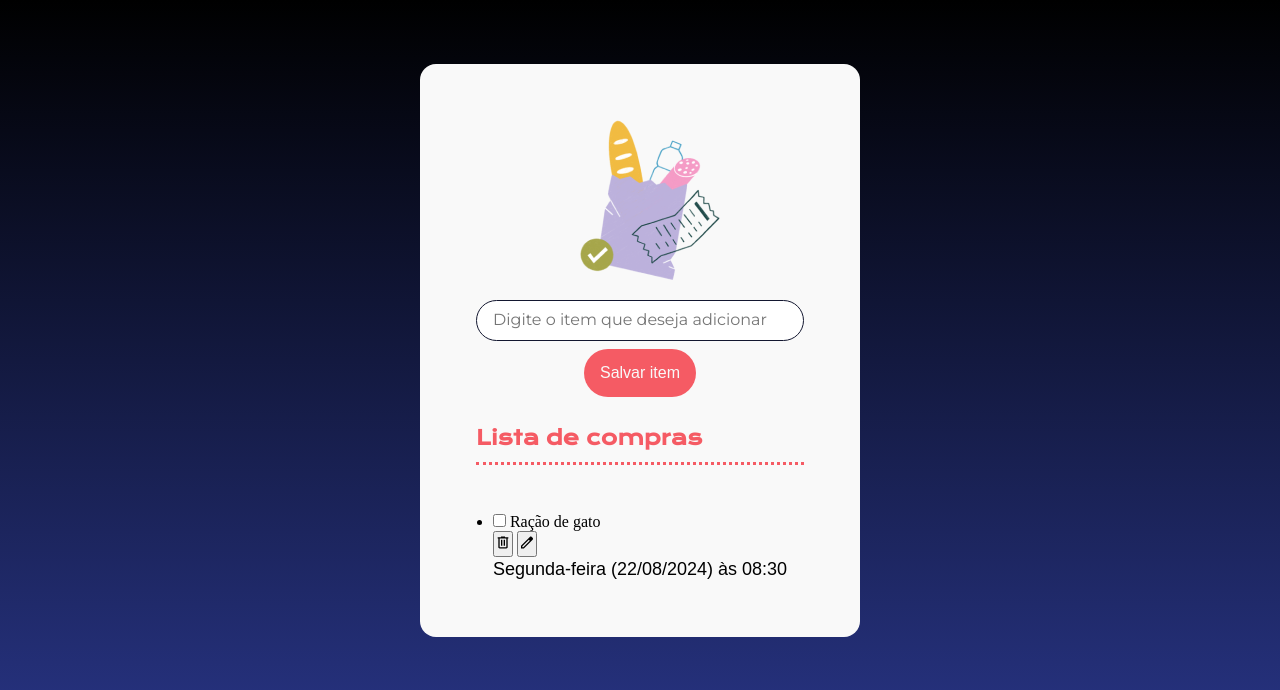
Repository: joaoPraiaJunior/compras_js
Page: index.html
An editor plug-in stored every save of this project. The page is shown before and after the next save, followed by the edit.
The browser window is 1280 px wide. The pictures show the whole page.
Some web fonts or font styles are not loaded; a fallback is used.

Above is the page before, as saved 2024-08-22 21:17:12.

### index.html
<!DOCTYPE html>
<html lang="pt-BR" dir="ltr">

<head>
    <meta charset="UTF-8">
    <meta name="viewport" content="width=device-width, initial-scale=1.0">
    <meta name="description" content="Lista de compras">
    <title>Lista de Compras</title>
    <link rel="preconnect" href="https://fonts.googleapis.com">
    <link rel="preconnect" href="https://fonts.gstatic.com" crossorigin>
    <link href="https://fonts.googleapis.com/css2?family=Krona+One&family=Montserrat&family=Numans&display=swap" rel="stylesheet">
    <link rel="stylesheet" href="./css/styles.css">
</head>

<body>
    <header>
        <img src="./img/bag.png" alt="sacola de compras">
    </header>
    <main>
        <form class="compras">
            <input class="compras__campo" type="text" name="compra" placeholder="Digite o item que deseja adicionar">
            <button class="compras__botao">Salvar item</button>
        </form>
        <h1>Lista de compras</h1>
        <hr>

        <ul class="lista">
            <li class="lista__item">
                <div class="lista__container">
                    <div>
                        <input type="checkbox" name="produto" id="racao_de_gato">
                        <label for="racao_de_gato">Ração de gato</label>
                    </div>
                    <div>
                        <button><img src="./img/delete.svg" alt="Deletar"></button>
                        <button><img src="./img/edit.svg" alt="Editar"></button>
                    </div>
                </div>
                <p>Segunda-feira (<time datetime="2024-08-22">22/08/2024</time>) às <time>08:30</time></p>
            </li>
        </ul>
    </main>
</body>

</html>

### css/styles.css
* {
    box-sizing: border-box;
    margin: 0;
    padding: 0;
}

html {
    font-size: 62.5%;
}

:root {
    --cor-primaria: #F55B64;
    --cor-secundaria: #C2373F;
    --neutro: #F9F9F9;
    --preto: #131730;
    --fonte-titulo: "Krona One", sans-serif;
    --fonte-texto: 'Numans', sans-serif;
    --degrade-azul: linear-gradient(180deg, #000000 0%, #26327F 100%);
}

body {
    display: flex;
    flex-direction: column;
    align-items: center;
    background: var(--degrade-azul);
    background-repeat: no-repeat;
    font-size: 1.6rem;
    height: 100vh;
}

header {
    text-align: center;
    margin-top: 6.4rem;
    background-color: var(--neutro);
    border-radius: 1.6rem 1.6rem 0 0;
    padding: 5.6rem 5.6rem 1.6rem 5.6rem;
    width: 44.0rem;

}

main {
    display: flex;
    flex-direction: column;
    align-items: center;
    gap: 2.4rem;
    background-color: var(--neutro);
    border-radius: 0 0 1.6rem 1.6rem;
    padding: 0 5.6rem 5.6rem 5.6rem;
    width: 44.0rem;
}

h1 {
    align-self: flex-start;
    font-family: var(--fonte-titulo);
    font-size: 2.0rem;
    color: var(--cor-primaria);
    line-height: 3.3rem;
}

hr {
    border: none;
    border-bottom: .3rem dotted var(--cor-primaria);
    margin-bottom: 2.4rem;
    width: 100%;
}

hr:empty {
    margin-top: calc(1.6rem * -1);
}

p {
    font-family: var(--fonte-texto);
    font-size: 1.8rem;
    font-weight: 400;
    text-align: left;
    line-height: 2.4rem;
}


.compras {
    display: flex;
    flex-direction: column;
    gap: .8rem;
    width: 100%;
}

.compras__campo {
    border: .1rem solid var(--preto);
    border-radius: 2.4rem;
    padding: 1.2rem 1.6rem;
}

.compras__campo::placeholder {
    font-family: "Montserrat", sans-serif;
    font-size: 1.6rem;
    line-height: 1.9rem;
}

.compras__botao {
    align-self: center;
    font-family: var(--fonte-texto);
    font-size: 1.6rem;
    line-height: 2.4rem;
    color: var(--neutro);
    background-color: var(--cor-primaria);
    border: none;
    border-radius: 2.4rem;
    padding: 1.2rem 1.6rem;
    cursor: pointer;
}

After the next save:
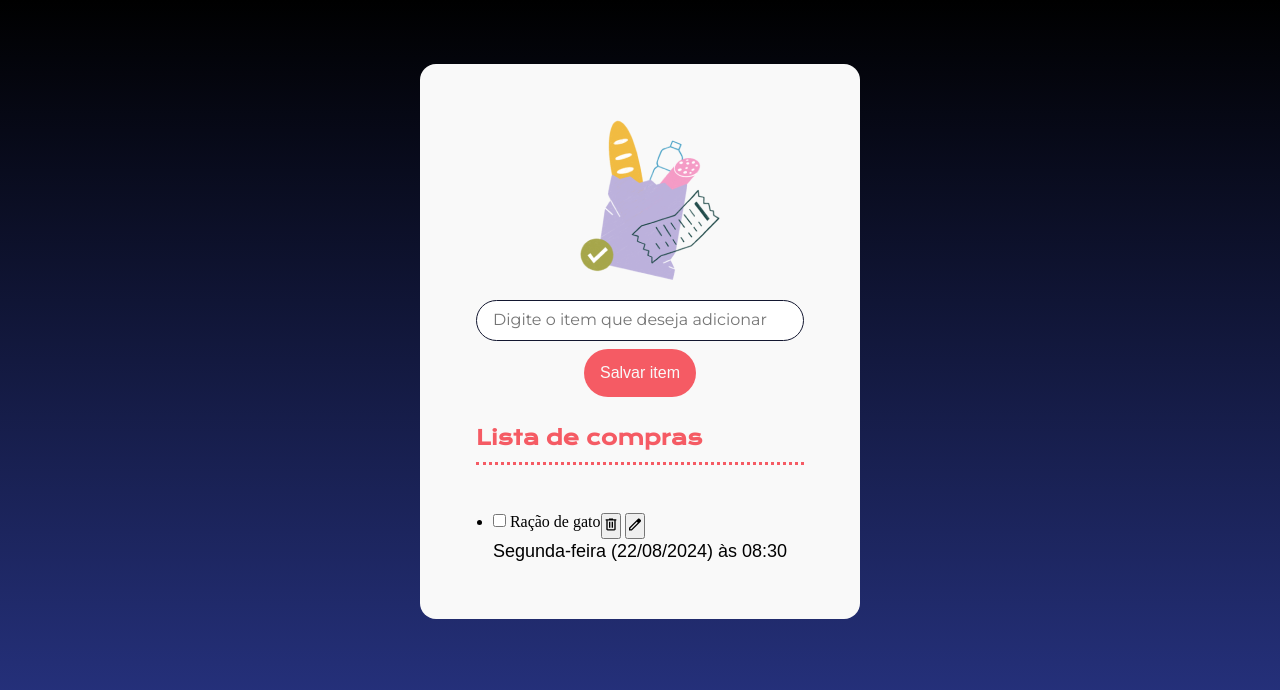
Saved 29 s later.
--- a/css/styles.css
+++ b/css/styles.css
@@ -108,3 +108,7 @@ p {
     padding: 1.2rem 1.6rem;
     cursor: pointer;
 }
+
+.lista__container {
+    display: flex;;
+}
